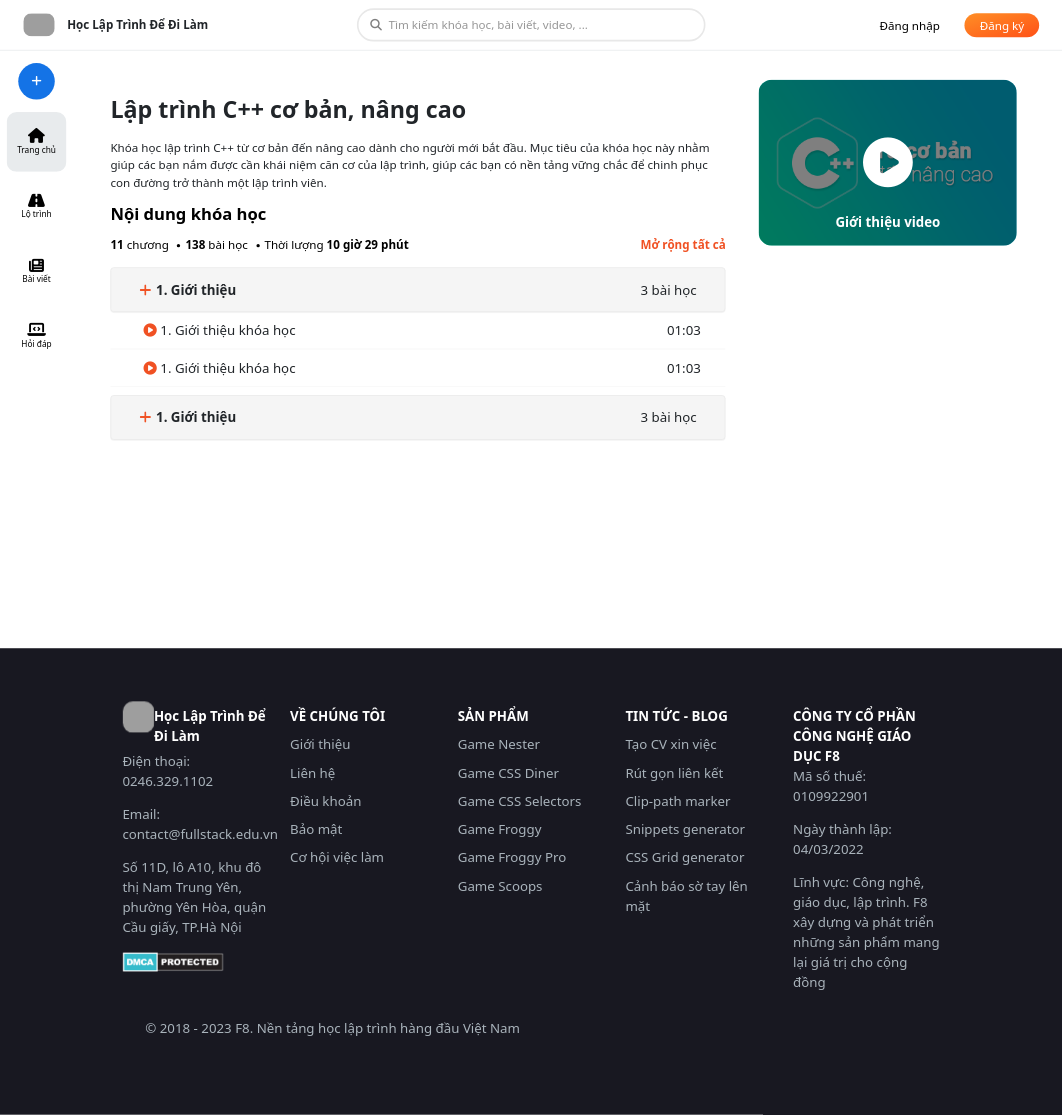
Repository: Quoc-Thang/projectasm
Page: introcourse.html
An editor plug-in stored every save of this project. The page is shown before and after the next save, followed by the edit.
The browser window is 1280 px wide. The pictures show the whole page, at 83% of full size.
Pictures or frames that could not be fetched are drawn as grey boxes. Some web libraries are served in a nearby version.

Above is the page before, as saved 2023-11-30 22:54:57.

### introcourse.html
<!DOCTYPE html>
<html lang="vi">
  <head>
    <meta charset="UTF-8" />
    <meta name="viewport" content="width=device-width, initial-scale=1.0" />
    <title>F8 - Học lập trình để đi làm</title>
    <!-- Preconnect -->
    <link rel="preconnect" href="https://unpkg.com/aos@2.3.1" />
    <link
      rel="preconnect"
      href="https://cdn.jsdelivr.net/npm/bootstrap@5.3.2" />
    <link rel="preconnect" href="https://kit.fontawesome.com" />
    <link rel="preconnect" href="https://fonts.googleapis.com" />
    <link rel="preconnect" href="https://fonts.gstatic.com" crossorigin />

    <!-- AOS -->
    <link href="https://unpkg.com/aos@2.3.1/dist/aos.css" rel="stylesheet" />

    <!-- Bootstrap -->
    <link
      href="https://cdn.jsdelivr.net/npm/bootstrap@5.3.2/dist/css/bootstrap.min.css"
      rel="stylesheet"
      integrity="sha384-T3c6CoIi6uLrA9TneNEoa7RxnatzjcDSCmG1MXxSR1GAsXEV/Dwwykc2MPK8M2HN"
      crossorigin="anonymous" />

    <!-- Google Fonts -->
    <link
      href="https://fonts.googleapis.com/css2?family=Poppins:wght@100;200;300;400&family=Roboto:wght@100;300;400&display=swap"
      rel="stylesheet" />

    <!-- CSS -->
    <link rel="stylesheet" href="./view/assets/css/reset.css" />
    <link rel="stylesheet" href="./view/assets/css/synthetic.css" />
    <link rel="stylesheet" href="./view/assets/css/header.css" />
    <link rel="stylesheet" href="./view/assets/css/nav.css" />
    <link rel="stylesheet" href="./view/assets/css/slider.css" />
    <link rel="stylesheet" href="./view/assets/css/wrappercontent.css" />
    <link rel="stylesheet" href="./view/assets/css/footer.css" />
    <link rel="stylesheet" href="./view/assets/css/introcourse.css">
  </head>

  <body>
    <!-- Content -->
    <div id="wrapper">
      <!-- Header -->
      <header>
        <div class="row wrap-header">
          <!-- Logo Website -->
          <div class="col-4">
            <div class="logo">
              <a href="/">
                <img src="./view/assets/image/Logo.png" alt="Logo Website" />
              </a>
              <h4 class="logoTxt">Học Lập Trình Để Đi Làm</h4>
            </div>
          </div>

          <!-- Search -->
          <div class="col-4">
            <div class="form-search">
              <form action="" method="post">
                <div class="form">
                  <button type="submit">
                    <i class="fa-solid fa-magnifying-glass"></i>
                  </button>
                  <input
                    type="search"
                    placeholder="Tìm kiếm khóa học, bài viết, video, ..."
                    name="searchTxt"
                    id="search-input"
                    autocomplete="off"
                    />
                </div>
              </form>
              <div class="card-search">
                <div class="heading-card-search">
                  <i class="fa-solid fa-magnifying-glass"></i>
                  <span>Kết quả tìm kiếm cho:</span>
                </div>
                <div class="content-card-search">
                  <div class="title-content">
                    <h2>
                      Khóa học
                    </h2>
                    <a href="#">
                      Xem thêm
                    </a>
                  </div>
                  <ul class="main-content" id="apiData">
                    <li>
                      <a href="#">
                        <img src="./view/assets/image/htmlcsszerohero.png" alt="Image course">
                        <span>
                          HTML, CSS từ cơ bản đến nâng cao
                        </span>
                      </a>
                    </li>
                    <li>
                      <a href="#">
                        <img src="./view/assets/image/htmlcsspro.png" alt="Image course">
                        <span>
                          HTML, CSS Pro
                        </span>
                      </a>
                    </li>
                    <li>
                      <a href="#">
                        <img src="./view/assets/image/sass.png" alt="Image course">
                        <span>
                          Ngôn ngữ tiền xử lý sass
                        </span>
                      </a>
                    </li>
                  </ul>
                </div>
              </div>
            </div>
          </div>

          <!-- Account -->
          <div class="col-4">
            <div class="account">
              <div class="login">
                <a class="openLogin" href="javascript:void(0)"> Đăng nhập </a>
              </div>
              <div class="signup">
                <a class="openSignup" href="javascript:void(0)"> Đăng ký </a>
              </div>
            </div>
          </div>
        </div>
      </header>

      <main id="main-content">
        <!-- Sidebar -->
        <nav class="menu-sidebar">
          <div class="sidebar">
            <div id="news-post" onclick="newsPost()">
              <a id="rotate" href="javascript:void(0)">
                <i class="fa-solid fa-plus"></i>
              </a>
              <span id="model-news">Thêm tin tức mới</span>
            </div>
            <ul>
              <li>
                <a class="menu-sidebar active" href="#">
                  <i class="fa-solid fa-house"></i>
                  <span class="txt-menu"> Trang chủ </span>
                </a>
              </li>
              <li>
                <a class="menu-sidebar" href="#">
                  <i class="fa-solid fa-road"></i>
                  <span class="txt-menu"> Lộ trình </span></a
                >
              </li>
              <li>
                <a class="menu-sidebar" href="#">
                  <i class="fa-solid fa-newspaper"></i>
                  <span class="txt-menu"> Bài viết </span></a
                >
              </li>
              <li>
                <a class="menu-sidebar" href="#">
                  <i class="fa-solid fa-laptop-code"></i>
                  <span class="txt-menu"> Hỏi đáp </span></a
                >
              </li>
            </ul>
          </div>
        </nav>

        <!-- Article -->
        <article id="main">

          <!-- Wrapper Content Main -->
          <div class="wrapper-content">
            <div class="intro-course">
              <div class="content-course">
                <div class="heading-course">
                  <h1 class="title-heading-course">
                    Lập trình C++ cơ bản, nâng cao
                  </h1>
                  <p class="desc-course">
                    Khóa học lập trình C++ từ cơ bản đến nâng cao dành cho người mới bắt đầu. Mục tiêu của khóa học này nhằm giúp các bạn nắm được cần khái niệm căn cơ của lập trình, giúp các bạn có nền tảng vững chắc để chinh phục con đường trở thành một lập trình viên.
                  </p>
                </div>
                <div class="main-content-course">
                  <div class="content-course-top">
                    <h2 class="title-course">
                      Nội dung khóa học
                    </h2>
                    <div class="desc-content-course">
                      <ul>
                        <li>
                          <a href="#">
                            <strong>
                              11
                            </strong>
                            chương
                          </a>
                        </li>
                        <li>
                          <a href="#">
                            <strong>
                              138
                            </strong>
                            bài học
                          </a>
                        </li>
                        <li>
                          <a href="#">
                            Thời lượng
                            <strong>
                              10 giờ 29 phút
                            </strong>
                          </a>
                        </li>
                      </ul>
                      <a class="read-more" href="#">
                        Mở rộng tất cả
                      </a>
                    </div>
                  </div>

                    <div class="list-panels-course">
                      <div class="list-panel-course">
                        <div class="panel-left">
                          <div class="icon-panel">
                              <i class="fa-solid fa-plus" style="color: #f05123;"></i>
                              <i class="fa-solid fa-minus" style="color: #f05123;"></i>
                          </div>
                          <span>
                            1. Giới thiệu
                          </span>
                        </div>
                        <div class="panel-right">
                          <span>
                            3 bài học
                          </soan>
                        </div>
                      </div>

                      <!-- List tab panel -->
                      <div class="list-tab-panel">
                        <!-- Tab panel -->
                        <div class="tab-panel">
                          <span class="desc-panel">
                            <i class="fa-solid fa-circle-play" style="color: #f05123;"></i>
                            1. Giới thiệu khóa học
                          </span>
                          <span class="desc-time">
                            01:03
                          </span>
                        </div>

                        <div class="tab-panel">
                          <span class="desc-panel">
                            <i class="fa-solid fa-circle-play" style="color: #f05123;"></i>
                            1. Giới thiệu khóa học
                          </span>
                          <span class="desc-time">
                            01:03
                          </span>
                        </div>
                      </div>
                    </div>

                    <div class="list-panels-course">
                      <div class="list-panel-course">
                        <div class="panel-left">
                          <div class="icon-panel">
                              <i class="fa-solid fa-plus" style="color: #f05123;"></i>
                              <i class="fa-solid fa-minus" style="color: #f05123;"></i>
                          </div>
                          <span>
                            1. Giới thiệu
                          </span>
                        </div>
                        <div class="panel-right">
                          <span>
                            3 bài học
                          </soan>
                        </div>
                      </div>
                    <!-- List tab panel -->
                    <div class="list-tab-panel">
                      <!-- Tab panel -->
                      <div class="tab-panel">
                        <span class="desc-panel">
                          <i class="fa-solid fa-circle-play" style="color: #f05123;"></i>
                          1. Giới thiệu khóa học
                        </span>
                        <span class="desc-time">
                          01:03
                        </span>
                      </div>

                      <div class="tab-panel">
                        <span class="desc-panel">
                          <i class="fa-solid fa-circle-play" style="color: #f05123;"></i>
                          1. Giới thiệu khóa học
                        </span>
                        <span class="desc-time">
                          01:03
                        </span>
                      </div>
                    </div>
                  </div>
                </div>
              </div>
              <div class="intro-video-course">
                <div class="first-intro-video-course">
                  <div class="img-video-course">
                    <div class="icon-play">
                      <i class="fa-solid fa-circle-play" style="color: #fff;"></i>
                    </div>
                  </div>
                  <div class="see-intro-course">
                    <span>
                      Giới thiệu video
                    </span>
                  </div>
                </div>
                <div class="second-intro-video-course"></div>
              </div>
            </div>
          </div>
        </article>
      </main>

      <!-- Footer -->
      <footer>
        <div class="content-footer">
          <!-- Footer top -->
          <div class="footer-top">
            <!-- Slogan -->
            <div class="slogan content-column-footer">
              <div class="footer-slogan title-footer">
                <figure>
                  <img src="./view/assets/image/Logo.png" alt="Logo Website" />
                </figure>
                <figcaption>
                  <span class="txt-slogan"> Học lập trình để đi làm </span>
                </figcaption>
              </div>
              <div class="footer-contact-list">
                <ul>
                  <li>
                    <p>Điện thoại: 0246.329.1102</p>
                  </li>
                  <li>
                    <p>Email: contact@fullstack.edu.vn</p>
                  </li>
                  <li>
                    <p>
                      Số 11D, lô A10, khu đô thị Nam Trung Yên, phường Yên Hòa,
                      quận Cầu giấy, TP.Hà Nội
                    </p>
                  </li>
                </ul>
              </div>
              <div class="footer-protect">
                <figure>
                  <a href="#">
                    <img
                      src="./view/assets/image/dmca.png"
                      alt="DMCA Protect" />
                  </a>
                </figure>
              </div>
            </div>

            <!-- About us -->
            <div class="about content-column-footer">
              <div class="title-footer about-us">
                <span>Về chúng tôi</span>
              </div>
              <nav class="list-about">
                <ul>
                  <li><a href="#">Giới thiệu</a></li>
                  <li><a href="#">Liên hệ</a></li>
                  <li><a href="#">Điều khoản</a></li>
                  <li><a href="#">Bảo mật</a></li>
                  <li><a href="#">Cơ hội việc làm</a></li>
                </ul>
              </nav>
            </div>

            <!-- Products -->
            <div class="product content-column-footer">
              <div class="title-footer product-type">
                <span>Sản phẩm</span>
              </div>
              <nav class="list-product">
                <ul>
                  <li><a href="#">Game Nester</a></li>
                  <li><a href="#">Game CSS Diner</a></li>
                  <li><a href="#">Game CSS Selectors</a></li>
                  <li><a href="#">Game Froggy</a></li>
                  <li><a href="#">Game Froggy Pro</a></li>
                  <li><a href="#">Game Scoops</a></li>
                </ul>
              </nav>
            </div>

            <!-- Tools -->
            <div class="tools content-column-footer">
              <div class="title-footer tools-type">
                <span>Tin tức - Blog</span>
              </div>
              <nav class="list-tools">
                <ul>
                  <li><a href="#">Tạo CV xin việc</a></li>
                  <li><a href="#">Rút gọn liên kết</a></li>
                  <li><a href="#">Clip-path marker</a></li>
                  <li><a href="#">Snippets generator</a></li>
                  <li><a href="#">CSS Grid generator</a></li>
                  <li><a href="#">Cảnh báo sờ tay lên mặt</a></li>
                </ul>
              </nav>
            </div>

            <!-- Company -->
            <div class="company content-column-footer">
              <div class="title-footer company-type">
                <span>Công ty cổ phần công nghệ giáo dục F8</span>
              </div>
              <nav class="list-company">
                <ul>
                  <li>
                    <p href="#">Mã số thuế: <span>0109922901</span></p>
                  </li>
                  <li>
                    <p href="#">Ngày thành lập: <span>04/03/2022</span></p>
                  </li>
                  <li>
                    <p href="#">
                      Lĩnh vực:
                      <span
                        >Công nghệ, giáo dục, lập trình. F8 xây dựng và phát
                        triển những sản phẩm mang lại giá trị cho cộng đồng
                      </span>
                    </p>
                  </li>
                </ul>
              </nav>
            </div>
          </div>

          <!-- Footer bottom -->
          <div class="footer-bottom">
            <div class="copyright">
              <p>© 2018 - 2023 F8. Nền tảng học lập trình hàng đầu Việt Nam</p>
            </div>
            <div class="social-media">
              <!-- <img src="/images/icons/facebook.svg" alt="" />
              <img src="/images/icons/instagram.svg" alt="" />
              <img src="/images/icons/twitter.svg" alt="" />
              <img src="/images/icons/linkedin.svg" alt="" /> -->
            </div>
          </div>
          </div>
        </div>
      </footer>
    </div>
    <!-- Javascript -->
    <script src="./view/assets/javascript/sidebar.js"></script>
    <script src="./view/assets/javascript/introcourse.js"></script>
    <script src="./view/assets/javascript/formsearch.js"></script>
    <script src="./view/assets/javascript/formlogin.js"></script>
    <script src="./view/assets/javascript/formsignup.js"></script>

    <!-- Font Awesome -->
    <script
      src="https://kit.fontawesome.com/3e006365dd.js"
      crossorigin="anonymous"></script>

    <!-- Bootstrap -->
    <script
      src="https://cdn.jsdelivr.net/npm/bootstrap@5.3.2/dist/js/bootstrap.bundle.min.js"
      integrity="sha384-C6RzsynM9kWDrMNeT87bh95OGNyZPhcTNXj1NW7RuBCsyN/o0jlpcV8Qyq46cDfL"
      crossorigin="anonymous"></script>

    <!-- AOS -->
    <script src="https://unpkg.com/aos@2.3.1/dist/aos.js"></script>
    <script>
      AOS.init();
    </script>
  </body>
</html>

### view/assets/css/synthetic.css
:root {
  --system-ui: system-ui, "Segoe UI", Roboto, Helvetica, Arial, sans-serif,
    "Apple Color Emoji", "Segoe UI Emoji", "Segoe UI Symbol";
  --font-code: "SF Mono", monospace;
}

html,
body {
  min-height: 100% !important;
  height: 100%;
}

body {
  font-family: var(--system-ui);
  scroll-behavior: smooth;
  overflow-x: hidden;
}

main {
  display: flex;
}

#main {
  display: flex;
  flex-direction: column;
}

article {
  display: flex;
  min-width: 100vh;
}

#wrapper {
  width: 100%;
}

/* width */
::-webkit-scrollbar {
  width: 8px;
}

/* Track */
::-webkit-scrollbar-track {
  box-shadow: inset 0 0 5px grey;
  /* border-radius: 8px; */
}

/* Handle */
::-webkit-scrollbar-thumb {
  background: #a9a9a9;
  border-radius: 4px;
}

/* Handle on hover */
::-webkit-scrollbar-thumb:hover {
  background: #a9a9a9;
}

ul {
  list-style-type: none;
  margin: 0;
  padding: 0;
}

a {
  text-decoration: none;
}

### view/assets/css/introcourse.css
:root {
  --primary-color: #f05123;
  --background-color: #fff;
  --border-bottom: #e8ebed;
  --border-color: #1473e6;
  --background-hover: #f5f5f5;
  --border: #e8e8e8;
  --color-txt: #000;
  --background-color-menu: #f0f0f0;
}

.intro-course {
  display: flex;
  flex-direction: row;
}

.content-course {
  padding: 0 30px 0 0;
  width: 70%;
}

.title-heading-course {
  font-weight: 700;
  font-size: 28px;
}

.desc-course {
  font-size: 14px;
}

.list-panels-course {
  margin-bottom: 10px;
}

.title-course {
  font-size: 20px;
  font-weight: 700;
}

.desc-content-course {
  display: flex;
  gap: 20px;
  align-items: center;
  justify-content: space-between;
  margin-bottom: 16px;
}

.desc-content-course ul {
  display: flex;
  gap: 20px;
}

.desc-content-course ul li {
  position: relative;
}

.desc-content-course ul li:not(:last-child):after {
  content: "";
  position: absolute;
  border-radius: 50%;
  height: 4px;
  width: 4px;
  background-color: var(--color-txt);
  top: 50%;
  margin-left: 10px;
}

.desc-content-course a {
  color: var(--color-txt);
  font-size: 14px;
}

.read-more {
  color: var(--primary-color) !important;
  font-weight: 600;
  margin-right: 0;
}

.list-panel-course,
.panel-left {
  display: flex;
  gap: 20px;
  cursor: pointer;
}

.panel-left span {
  font-weight: 600;
}

.list-panel-course {
  justify-content: space-between;
  background-color: var(--background-hover);
  padding: 14px 34px;
  border-radius: 4px;
  box-shadow: 0 1px 1px rgba(0, 0, 0, 0.05);
  border: 1px solid #ebebeb;
  position: sticky;
  top: 0;
}

.icon-panel {
  position: relative;
}

.fa-plus,
.fa-minus {
  position: absolute;
  top: 50%;
  transform: translateY(-50%);
}

.list-tab-panel {
  width: 100%;
  height: 100%;
  /* display: flex; */
  /* flex-direction: column; */
  display: none;
}

.tab-panel {
  display: flex;
  justify-content: space-between;
  border: 1px solid #00000008;
  border-right: 0;
  border-top: 0;
  border-left: 0;
  padding: 10px 30px 10px 40px;
}

.fa-play {
  background-color: var(--primary-color);
  height: 14px;
  width: 14px;
  border-radius: 50%;
}

.play-video {
  font-size: 60px;
}

.intro-video-course {
  width: 30%;
  display: flex;
  justify-content: center;
}

.first-intro-video-course {
  width: calc(100% - 20px);
  position: relative;
  height: 200px;
  cursor: pointer;
}

.img-video-course {
  background-image: url("/view/assets/image/cppcobannangcao.png");
  background-position: center;
  background-origin: content-box;
  background-size: cover;
  background-repeat: no-repeat;
  width: 100%;
  height: 200px;
  display: flex;
  justify-content: center;
  align-items: center;
  border-radius: 16px;
  position: relative;
}

.icon-play {
  background-color: rgba(0, 0, 0, 0.5);
  height: 100%;
  width: 100%;
  display: flex;
  justify-content: center;
  align-items: center;
  border-radius: 16px;
}

.icon-play .fa-circle-play {
  font-size: 60px;
}

.see-intro-course {
  position: absolute;
  text-align: center;
  width: 100%;
  top: 160px;
  font-size: 16px;
  color: var(--background-color);
  font-weight: 600;
}

Loaded but not shown: view/assets/css/reset.css (common file); view/assets/javascript/formsignup.js (252 lines, source omitted); view/assets/javascript/formlogin.js (244 lines, source omitted); view/assets/javascript/introcourse.js (40 lines, source omitted); view/assets/javascript/sidebar.js (29 lines, source omitted); view/assets/javascript/formsearch.js (20 lines, source omitted); view/assets/css/slider.css (230 lines, source omitted); view/assets/css/wrappercontent.css (239 lines, source omitted); view/assets/css/nav.css (142 lines, source omitted); view/assets/css/header.css (164 lines, source omitted); view/assets/css/footer.css (90 lines, source omitted)

After the next save:
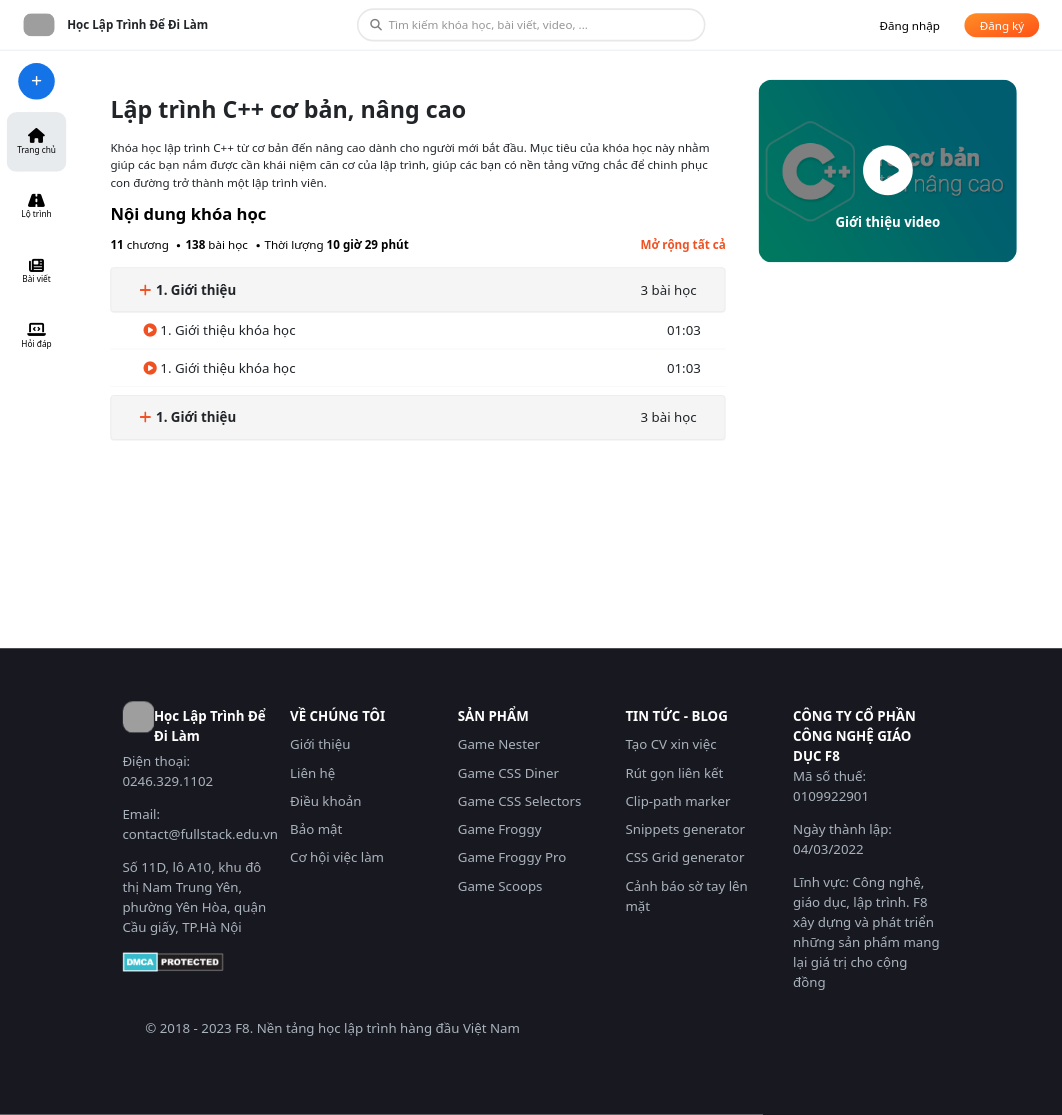
Saved 20 s later.
--- a/view/assets/css/introcourse.css
+++ b/view/assets/css/introcourse.css
@@ -147,7 +147,7 @@
 .first-intro-video-course {
   width: calc(100% - 20px);
   position: relative;
-  height: 200px;
+  height: 220px;
   cursor: pointer;
 }
 
@@ -158,7 +158,7 @@
   background-size: cover;
   background-repeat: no-repeat;
   width: 100%;
-  height: 200px;
+  height: 220px;
   display: flex;
   justify-content: center;
   align-items: center;
